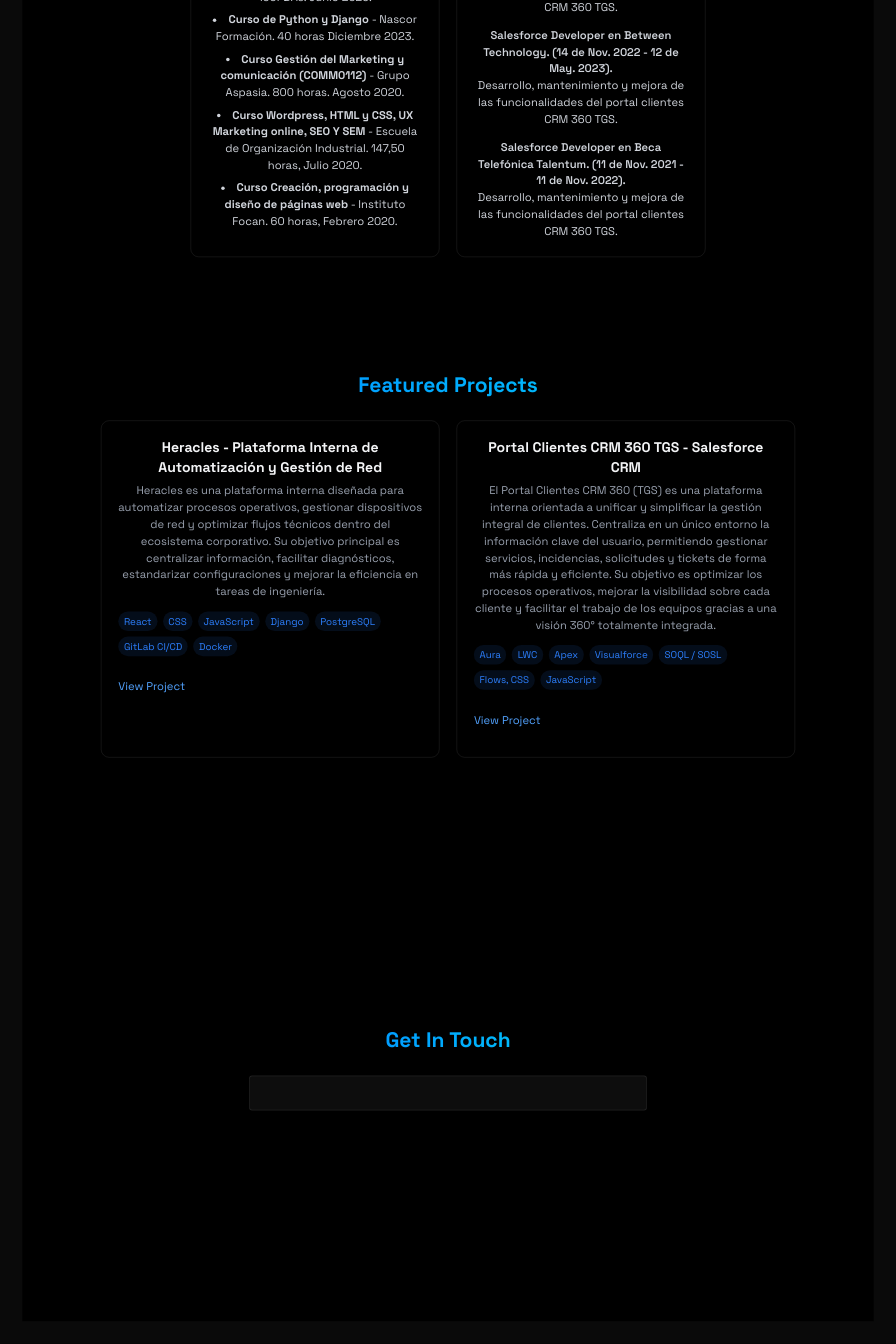
Repository: Bea0224/beatriz-portfolio
Page: /
These files come from the project's save history. The page is drawn as it stood at one moment and after a run of saves; the edit follows.
The browser window is 1280 px wide. The pictures show the part of the page from y = 1708 to 3628 px (the page is 3628 px tall), at 70% of full size.
The project was rebuilt for these pictures with package versions that can differ from the ones it lists, and the page was loaded fresh each time. Also part of the build but not shown: vite.config.js.

Above is the page before, as saved 2025-12-08 19:22:38.

### index.html
<!doctype html>
<html lang="en">
  <head>
    <meta charset="UTF-8" />
    <link rel="icon" type="image/svg+xml" href="/vite.svg" />
    <link rel="preconnect" href="https://fonts.googleapis.com">
    <link rel="preconnect" href="https://fonts.gstatic.com" crossorigin>
    <link
      href="https://fonts.googleapis.com/css2?family=Space+Grotesk:wght@300..700&display=swap"
      rel="stylesheet"
    />
    <meta name="viewport" content="width=device-width, initial-scale=1.0" />
    <title>Vite + React</title>
  </head>
  <body>
    <div id="root"></div>
    <script type="module" src="/src/main.jsx"></script>
  </body>
</html>

### src/index.css
@import "tailwindcss";

html,
body {
  margin: 0;
  padding: 0;
  font-family: "Space Grotesk", sans-serif;
  background: #0a0a0a;
  color: #f3f4f6;
}

@layer utilities {
  @keyframes blink {
    0%,
    100% {
      opacity: 1;
    }
    50% {
      opacity: 0;
    }
  }

  .animate-blink {
    animation: blink 0.8s step-end infinite;
  }

  @keyframes loading {
    0% {
      transform: translateX(-100%);
    }
    100% {
      transform: translateX(250%);
    }
  }

  .animate-loading-bar {
    animation: loading 0.8s ease infinite;
  }
}

.reveal {
  opacity: 0;
  transform: translateY(20px);
  transition: opacity 0.7s ease, transform 0.7s ease;
}

.reveal.visible {
  opacity: 1;
  transform: translateY(0);
}

### src/App.jsx
import { useState } from 'react';
import './App.css'
import {LoadingScreen} from "./components/LoadingScreem";
import { Navbar } from './components/Navbar';
import { MobileMenu } from './components/MobileMenu';
import { Home } from './components/sections/Home';
import { About } from './components/sections/About';
import { Projects } from './components/sections/Projects';
import { Contact } from './components/sections/Contact';

import "./index.css"

function App() {
  const [isLoaded, setIsLoaded] = useState(false)
  const [menuOpen, setMenuOpen] = useState(false)

  return (
    <>
      {!isLoaded && <LoadingScreen onComplete={()=>setIsLoaded(true)} />}{" "}
        <div className={`min-h-screen transition-opacity duration-700 ${
          isLoaded ? "opacity-100" : "opacity-0"
        } bg-black text-gray-100`}
        >
          <Navbar menuOpen={menuOpen} setMenuOpen={setMenuOpen} />
          <MobileMenu menuOpen={menuOpen} setMenuOpen={setMenuOpen} />
          <Home />
          <About />
          <Projects />
          <Contact />
        </div>
    </>
  )
}

export default App

### src/components/LoadingScreem.jsx
import { useEffect, useState } from "react";

export const LoadingScreen = ({ onComplete }) => {
  const [text, setText] = useState("");
  const fullText = "<Hello Wolrd! />";

  useEffect(() => {
    let index = 0;
    const interval = setInterval(() => {
      setText(fullText.substring(0, index));
      index++;

      if (index > fullText.length) {
        clearInterval(interval);

        setTimeout(() => {
          onComplete();
        }, 1000);
      }
    }, 100);

    return () => clearInterval(interval);
  }, [onComplete]);

  return (
    <div className="fixed inset-0 z-50 bg-black text-gray-100 flex flex-col items-center justify-center">
      <div className="mb-4 text-4xl font-mono font-bold">
        {text} <span className="animate-blink ml-1"> | </span>
      </div>

      <div className="w-[200px] h-[2px] bg-gray-800 rounded relative overflow-hidden">
        <div className="w-[40%] h-full bg-blue-500 shadow-[0_0_15px_#3b82f6] animate-loading-bar"></div>
      </div>
    </div>
  );
};

### src/components/Navbar.jsx
import { useEffect } from "react"

export const Navbar = ({menuOpen, setMenuOpen}) => {

    useEffect(() => {
        document.body.style.overflow = menuOpen ? "hidden" : "";
    }, [menuOpen])

    return (
    <nav className="fixed top-0 w-full z-40 bg-[rgba(10, 10, 10, 0.8)] backdrop-blur-lg border-b border-white/10 shadow-lg">
        <div className="max-w-5xl mx-auto px-4">
            <div className="flex justify-between items-center h-16">
                <a href="#home" className="font-mono text-xl font-bold text-white">
                    {" "}
                    Beatriz<span className="text-blue-500">.Mujica</span>{" "}
                </a>
                <div className="w-7 h-5 relative cursor-pointer z-40 md:hidden" onClick={()=> setMenuOpen((prev => !prev))}>
                    &#9776;
                </div>
                <div className="hidden md:flex items-center space-x-8">
                    <a
                        href="#home"
                        className="text-gray-300 hove:text-white transition-colors"
                    >
                        {" "}
                        Home{" "}
                    </a>
                    <a
                        href="#about"
                        className="text-gray-300 hove:text-white transition-colors"
                    >
                        {" "}
                        About{" "}
                    </a>
                    <a
                        href="#projects"
                        className="text-gray-300 hove:text-white transition-colors"
                    >
                        {" "}
                        Projects{" "}
                    </a>
                    <a
                        href="#contact"
                        className="text-gray-300 hove:text-white transition-colors"
                    >
                        {" "}
                        Contact{" "}
                    </a>
                </div>
            </div>
        </div>
    </nav>
    )
}

### src/components/MobileMenu.jsx
export const MobileMenu = ({menuOpen, setMenuOpen}) => {


    return (
        <div className={`fixed top-0 left-0 w-full bg-[rgba(10,10,10,0.8)] z-40 flex flex-col items-center justify-center
                         transition-all duration-300 ease-in-out
                         ${menuOpen
                            ? "h-screen opacity-100 pointer-events-auto"
                            : "h-0 opacity-0 pointer-events-none"
                         }
                        `}
        >
            <button
                onClick={() => setMenuOpen(false)}
                className="absolute top-6 right-6 text-white text-3xl focus:outline-none cursor-pointer"
                aria-label="Close Menu"
                >
                &times;
            </button>

            <a
                href="#home"
                onClick={() => setMenuOpen(false)}
                className={`text-2xl font-semibold text-white my-4 tranform transition-transform duration-300
                            ${
                                menuOpen
                                    ? "opacity-100 translate-y-0"
                                    : "opacity-0 translate-y-5"
                            }
                    `}
            >
                Home
            </a>
            <a
                href="#about"
                onClick={() => setMenuOpen(false)}
                className={`text-2xl font-semibold text-white my-4 tranform transition-transform duration-300
                            ${
                                menuOpen
                                    ? "opacity-100 translate-y-0"
                                    : "opacity-0 translate-y-5"
                            }
                    `}
            >
                About
            </a>
            <a
                href="#projects"
                onClick={() => setMenuOpen(false)}
                className={`text-2xl font-semibold text-white my-4 tranform transition-transform duration-300
                            ${
                                menuOpen
                                    ? "opacity-100 translate-y-0"
                                    : "opacity-0 translate-y-5"
                            }
                    `}
            >
                Projects
            </a>
            <a
                href="contact"
                onClick={() => setMenuOpen(false)}
                className={`text-2xl font-semibold text-white my-4 tranform transition-transform duration-300
                            ${
                                menuOpen
                                    ? "opacity-100 translate-y-0"
                                    : "opacity-0 translate-y-5"
                            }
                    `}
            >
                Contact
            </a>
        </div>
    );
}

### src/components/sections/Home.jsx
import { RevealOnScroll } from "./RevealOnScroll"

export const Home = () => {
    return (
        <section
            id="home"
            className="min-h-screen flex items-center justify-center relative">
                <RevealOnScroll>
                    <div className="text-center z-10 px-4">
                        <h1 className="text-5xl md:text-7xl font-bold mb-6 bg-gradient-to-r from-blue-500 to-cyan-400 bg-clip-text text-transparent leading-right">
                            Hola, me llamo Beatriz
                        </h1>
                        <p className="text-gray-400 text-lg mb-8 w-3/4 mx-auto">
                            ¡Hola! Soy desarrolladora web Frontend, y me especializo en crear aplicaciones limpias y escalables con JavaScript, React, HTML y CSS. Mi pasión es que no solo rindan de maravilla, sino que también ofrezcan una experiencia de usuario (UX) realmente cautivadora.
                            Mi formación en Ingeniería de Diseño Industrial me aporta una visión muy particular: me encanta fusionar la estética y la funcionalidad en cada proyecto.
                            He tenido la oportunidad de trabajar en proyectos importantes para Telefónica (incluyendo desarrollos en la plataforma Salesforce), y además, cuento con buenos conocimientos en backend con Python (Django) y familiaridad con herramientas como Docker.
                        </p>
                        <div className="flex justify-center space-x-4">
                            <a href="#projects" className="bg-blue-500 text-white py-3 px-6 rounded font-medium transition relative overflow-hidden hover:-translate-y-0.5 hover:shadow-[0_0_15px_rgba(59, 130, 246, 0.4)]">
                                Ver proyectos
                            </a>
                            <a href="#contact" className="border border-blue-500/50 text-blue-500 py-3 px-6 rounded font-medium transition-all duration-200 hover:shadow-[0_0_15px_rgba(59, 130, 246, 0.2)] hover:bg-blue-500/10">
                                Contáctame
                            </a>
                        </div>
                    </div>
                </RevealOnScroll>
        </section>
    )
}

### src/components/sections/Contact.jsx
import { RevealOnScroll } from "./RevealOnScroll"

export const Contact = () => {
    return(
        <section
            id="contact"
            className="min-h-screen flex items-center justify-center py-20"
        >
            <RevealOnScroll>
                <div className="px-4 w-150">
                    <h2 className="text-3xl font-bold mb-8 bg-gradient-to-r from-blue-500 to-cyan-400 bg-clip-text text-transparent text-center">
                        {" "}
                        Get In Touch
                    </h2>
                    <form className="space-y-6">
                        <div className="relative">
                            <input
                                type="text"
                                id="name" name="name" required className="w-full bg-white/5 border border-white/10 rounded px-4 py-3 text-white transition focus:outline-none focus:border-blue-500 focus:bg-blue-500/5" />
                        </div>
                    </form>
                </div>
            </RevealOnScroll>
        </section>
    )
}

### src/components/sections/RevealOnScroll.jsx
import { useRef, useEffect} from "react";

export const RevealOnScroll = ({children}) => {

    const ref = useRef(null);

    useEffect(() => {
        const observer = new IntersectionObserver(
            ([entry]) => {
                if(entry.isIntersecting) {
                    ref.current.classList.add("visible");
                }
            },
            { threshold: 0.2, rootMargin: "0px 0px -50px 0px" }
        );

        if (ref.current) observer.observe(ref.current);

        return () => observer.disconnect();

    },[]);

    return(
        <div ref={ref} className="reveal">
            {children}
        </div>
    )

}

Loaded but not shown: src/main.jsx (common file); src/App.css (common file); src/components/sections/About.jsx (174 lines, source omitted); src/components/sections/Projects.jsx (88 lines, source omitted)

After the next 4 saves:
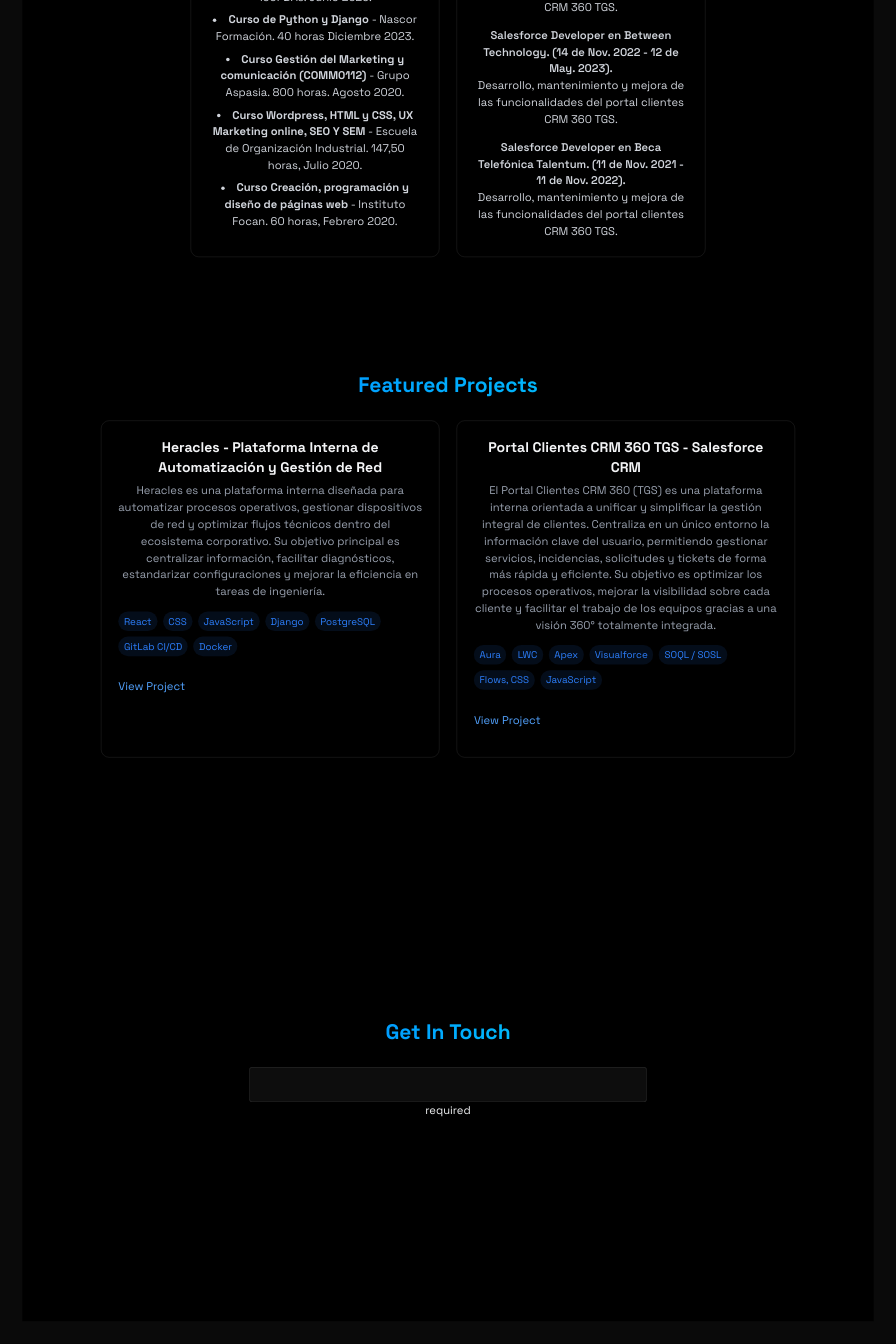
The 4 saves are shown as one change because they came seconds apart.
The last was saved 10 s later.
--- a/src/components/sections/Contact.jsx
+++ b/src/components/sections/Contact.jsx
@@ -16,7 +16,10 @@
                         <div className="relative">
                             <input
                                 type="text"
-                                id="name" name="name" required className="w-full bg-white/5 border border-white/10 rounded px-4 py-3 text-white transition focus:outline-none focus:border-blue-500 focus:bg-blue-500/5" />
+                                id="name"
+                                name="name"
+                                className="w-full bg-white/5 border border-white/10 rounded px-4 py-3 text-white transition focus:outline-none focus:border-blue-500 focus:bg-blue-500/5" />
+                                required
                         </div>
                     </form>
                 </div>

After the 2 saves that followed:
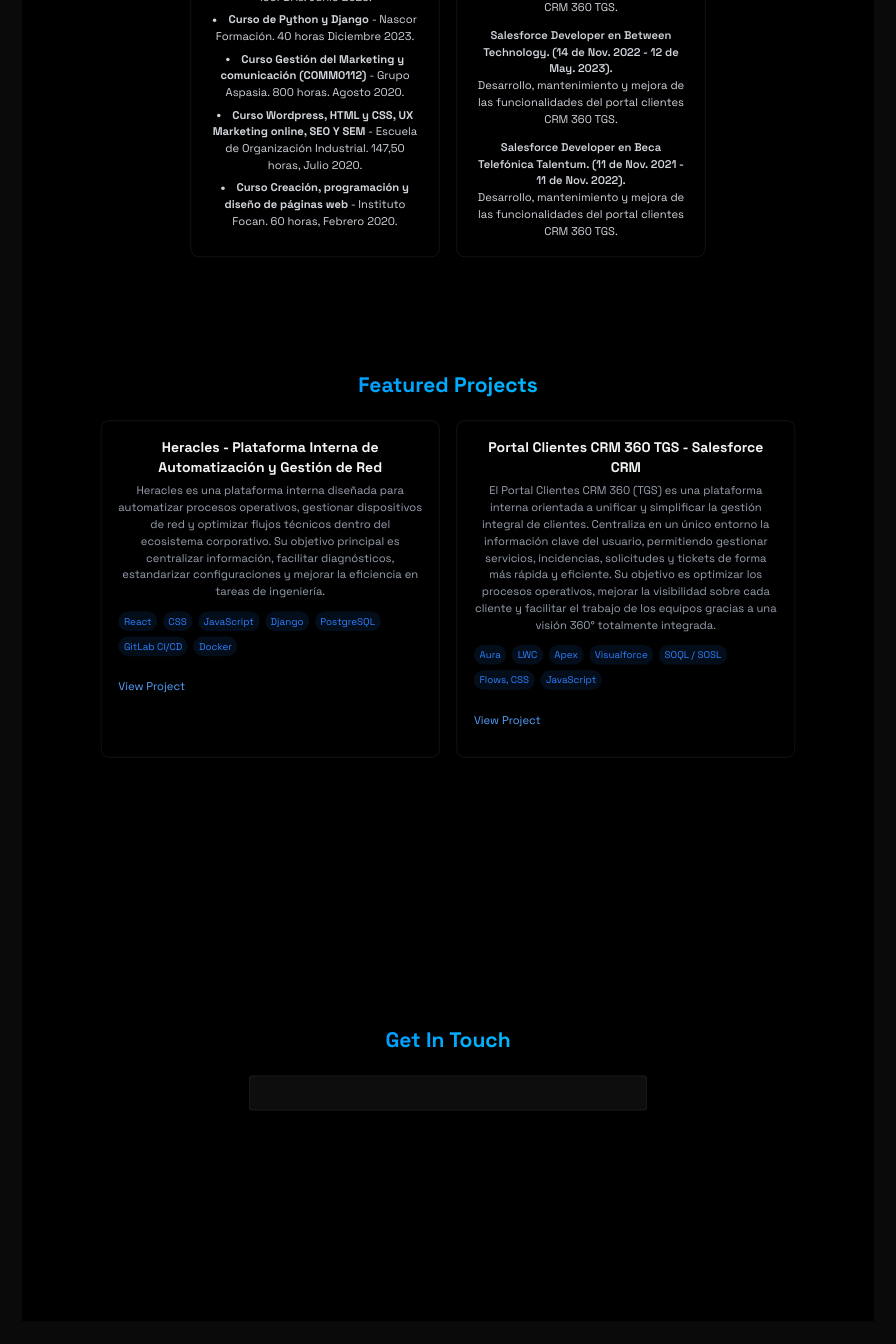
The 2 saves are shown as one change because they came seconds apart.
The last was saved 11 s later.
--- a/src/components/sections/Contact.jsx
+++ b/src/components/sections/Contact.jsx
@@ -18,8 +18,9 @@
                                 type="text"
                                 id="name"
                                 name="name"
-                                className="w-full bg-white/5 border border-white/10 rounded px-4 py-3 text-white transition focus:outline-none focus:border-blue-500 focus:bg-blue-500/5" />
+                                className="w-full bg-white/5 border border-white/10 rounded px-4 py-3 text-white transition focus:outline-none focus:border-blue-500 focus:bg-blue-500/5"
                                 required
+                                />
                         </div>
                     </form>
                 </div>
